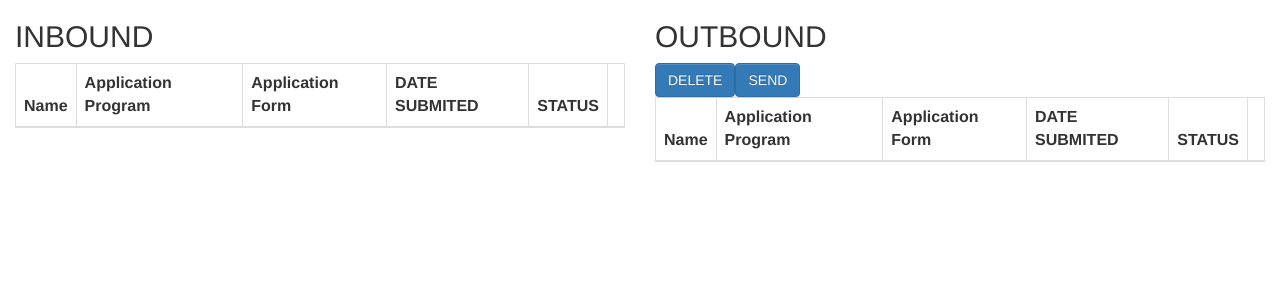
Repository: eunminhansoo/Oirp
Page: http://localhost/administrator.php
These files come from the project's save history. The page is drawn as it stood at one moment and after the next save; the edit follows.
The browser window is 1280 px wide. The pictures show the whole page.
The page is run by PHP 8.4 with error messages shown; the project is at /var/www/html/. Queries for data that is not in the repository find no rows.

Above is the page before, as saved 2018-03-15 17:22:41.
Console error (its wording comes from the project's code and is left out).

### OIRP_WEB/administrator.php
<?php
    include 'database_connection.php';
    $sql_query = "SELECT * FROM student INNER JOIN educ_background_inbound ON student.STUDENT_ID = educ_background_inbound.STUDENT_ID";
    $query = mysqli_query($conn, $sql_query);

    $sql_query1 = "SELECT * FROM student INNER JOIN proposed_field_study ON student.STUDENT_ID = proposed_field_study.STUDENT_ID";
    $query1 = mysqli_query($conn, $sql_query1);
?>
<html>
    <head>
        <meta http-equiv="Content-Type" content="text/html; charset=UTF-8">
		<meta name="viewport" content="width = device-width, initial-scale = 1">
        <link rel="stylesheet" type="text/css" href="bootstrap-3.3.7-dist/css/bootstrap-theme.min.css">
        <link rel="stylesheet" type="text/css" href="bootstrap-3.3.7-dist/css/bootstrap-theme.css">
        <link rel="stylesheet" type="text/css" href="bootstrap-3.3.7-dist/css/bootstrap.min.css">
        <link rel="stylesheet" type="text/css" href="bootstrap-3.3.7-dist/css/bootstrap.css">
        <link rel="icon" href="img/ust.png" type="image/png" sizes="196x196">
    </head>
    <body>
        <script src="bootstrap-3.3.7-dist/js/bootstrap.min.js"></script>
		<script src="bootstrap-3.3.7-dist/js/jquery-3.3.1.min.js"></script>
        <script src="bootstrap-3.3.7-dist/js/jquery-3.3.1.min.js"></script>
        <div class="">
            <div class="col-xs-6">
                <h2>INBOUND</h2>
                <div class="table-responsive">
                    <table class="table table-striped table-bordered table-hover" id="tbl_student_in" >
                        <thead>
                            <tr>
                                <th>Name</th>
                                <th>Application Program</th>
                                <th>Application Form</th>
                                <th>DATE SUBMITED</th>
                                <th>STATUS</th>
                                <th></th>
                            </tr>
                        </thead>
                        <tbody>
                            <?php while($row = mysqli_fetch_array($query)){
                                $studentID = $row['STUDENT_ID'];
                                $fullname = $row['FAMILY_NAME'].", ".$row['GIVEN_NAME']." ".$row['MIDDLE_NAME'];
                                $ddate = $row['DATE_ENROLL'];
                                $date = new DateTime($ddate);
		                        $resultdate = $date->format('F j, Y,');
                            ?>
                            <tfoot>
                            <tr>
                                <td><?php echo "<a href=admin_student_application.php?studentName=".urlencode($studentID).">".$fullname."</a>" ?></td>
                                <td><?php echo $row['APPLICATION_PROG']; ?></td>
                                <td><?php echo $row['APPLICATION_TYPE_PROG'].": ".$row['APPLICATION_FORM']; ?></td>
                                <td><?php echo $resultdate ?></td>
                                <td></td>
                                <td><form method="post" ><input type="checkbox" name="cb_num[]" value="<?php $studentID ?> " ></form></td>
                            </tr>
                        <?php } ?>
                        </tfoot>
                        </tbody>
                    </table>
                </div>
            </div>
            <div class="col-xs-6">
                <h2>OUTBOUND</h2>
                <div class="table-responsive">
                    <table class="table table-striped table-bordered table-hover" id="tbl_student_in" >
                        <thead>
                            <tr>
                                <th>Name</th>
                                <th>Application Program</th>
                                <th>Application Form</th>
                                <th>DATE SUBMITED</th>
                                <th>STATUS</th>
                                <th></th>
                            </tr>
                        </thead>
                        <tbody>
                            <?php while($row1 = mysqli_fetch_array($query1)){
                                $studentID1 = $row1['STUDENT_ID'];
                                $fullname1 = $row1['FAMILY_NAME'].", ".$row1['GIVEN_NAME']." ".$row1['MIDDLE_NAME'];
                                $ddate1 = $row1['DATE_ENROLL'];
                                $date1 = new DateTime($ddate1);
		                        $resultdate1 = $date1->format('F j, Y,');
                            ?>
                            <tfoot>
                            <tr>
                                <td><?php echo "<a href=admin_student_application.php?studentName=".urlencode($studentID1).">".$fullname1."</a>" ?></td>
                                <td><?php echo $row1['APPLICATION_PROG']; ?></td>
                                <td><?php echo $row1['APPLICATION_TYPE_PROG'].": ".$row1['APPLICATION_FORM']; ?></td>
                                <td><?php echo $resultdate1 ?></td>
                                <td></td>
                                <td><form method="post" ><input type="checkbox" name="cb_num[]" value="<?php $studentID1 ?>" ></form></td>
                            </tr>
                        <?php } ?>
                        </tfoot>
                        </tbody>
                        <tfoot>
                        <button type="submit" name="delete" class="btn btn-primary">DELETE</button>
                        <button type="submit" name="send" class="btn btn-primary">SEND</button>
                        </tfoot>
                    </table>
                </div>
            </div>
        </div>
    </body>
</html>

### OIRP_WEB/database_connection.php
<?php
	// $conn = mysqli_connect("localhost", "root", "");
    // $db = mysqli_select_db($conn, "");

    // if(!$db){
    // 	echo '<script>console.log("error connection to database")';
    // 	die();

    // }
    // echo '<script>console.log("you have connected successfully")</script>';

    $server = "localhost";
    $username = "root";
    $pass = "";
    $db = "oirp_db";

    $conn = new mysqli($server, $username, $pass, $db);

    if ($conn->connect_error) {
        die("Connection failed: " . $conn->connect_error);
    }
?>

Loaded but not shown: OIRP_WEB/bootstrap-3.3.7-dist/css/bootstrap-theme.min.css (library); OIRP_WEB/bootstrap-3.3.7-dist/css/bootstrap-theme.css (library); OIRP_WEB/bootstrap-3.3.7-dist/css/bootstrap.min.css (library); OIRP_WEB/bootstrap-3.3.7-dist/css/bootstrap.css (library); OIRP_WEB/bootstrap-3.3.7-dist/js/bootstrap.min.js (library); OIRP_WEB/bootstrap-3.3.7-dist/js/jquery-3.3.1.min.js (library)

After the next save:
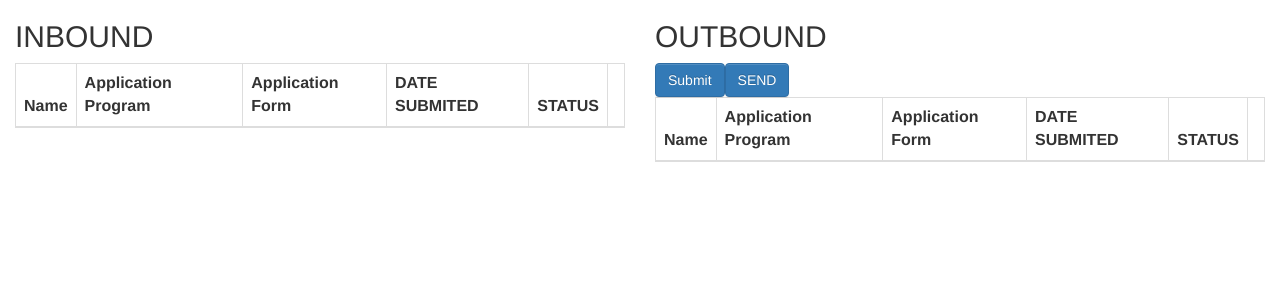
Saved 2 min 44 s later.
--- a/OIRP_WEB/administrator.php
+++ b/OIRP_WEB/administrator.php
@@ -93,7 +93,7 @@
                         </tfoot>
                         </tbody>
                         <tfoot>
-                        <button type="submit" name="delete" class="btn btn-primary">DELETE</button>
+                        <input type="submit" name="delete" class="btn btn-primary">
                         <button type="submit" name="send" class="btn btn-primary">SEND</button>
                         </tfoot>
                     </table>

After the save that followed:
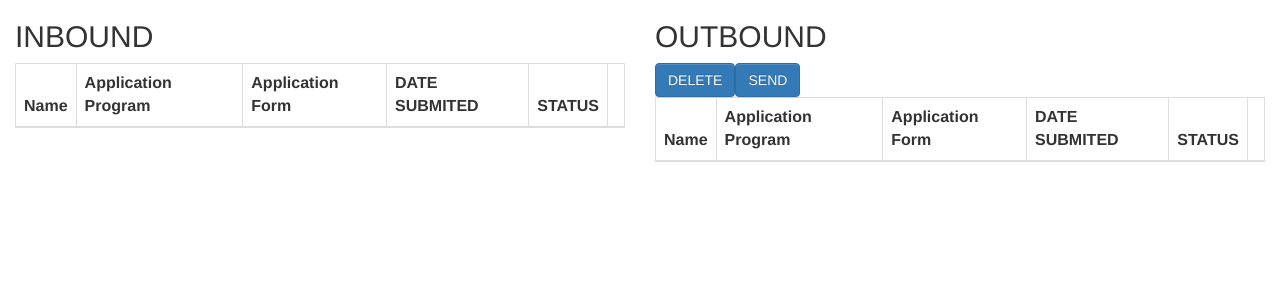
Saved 56 s later.
--- a/OIRP_WEB/administrator.php
+++ b/OIRP_WEB/administrator.php
@@ -93,7 +93,7 @@
                         </tfoot>
                         </tbody>
                         <tfoot>
-                        <input type="submit" name="delete" class="btn btn-primary">
+                        <button type="submit" name="delete" class="btn btn-primary">DELETE</button>
                         <button type="submit" name="send" class="btn btn-primary">SEND</button>
                         </tfoot>
                     </table>
